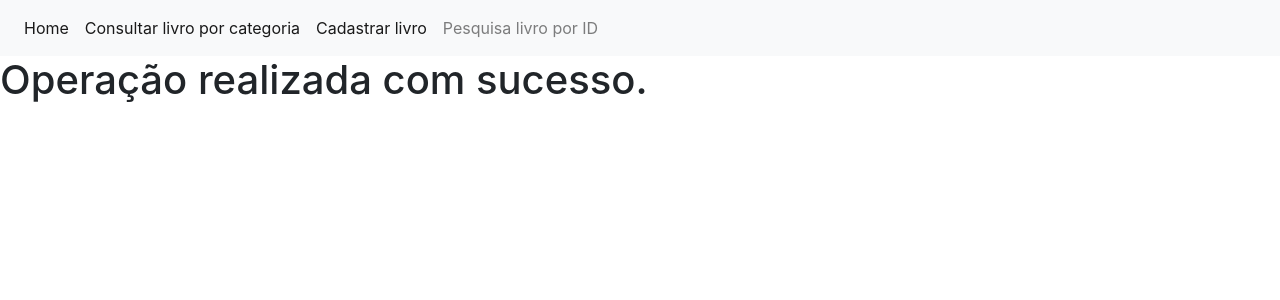
Repository: SrtaVerdant/projeto-livraria
Page: http://localhost/ProjetoLivraria/sucess.jsp
The author's editor kept a copy of each file at every save. The page is drawn from the files as they stood at one save, then again after the next save.
The browser window is 1280 px wide. The pictures show the whole page.
Some web libraries are served in a nearby version. The page is served by Tomcat 9.

Above is the page before, as saved 2022-10-30 14:54:24.

After the next save:
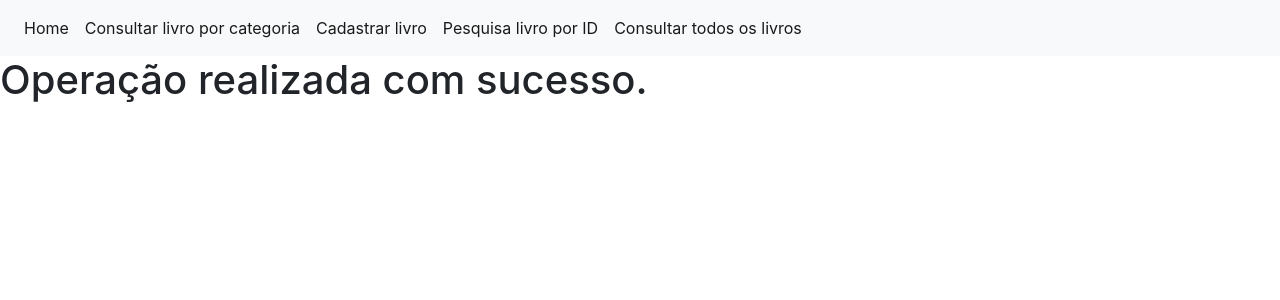
Saved 8 s later.
--- a/ProjetoLivraria/src/main/webapp/sucess.jsp
+++ b/ProjetoLivraria/src/main/webapp/sucess.jsp
@@ -23,22 +23,25 @@
 
 	<body>
 	<nav class="navbar navbar-expand-lg navbar-light bg-light">
-	  <div class="collapse navbar-collapse" id="navbarNav">
-	    <ul class="navbar-nav">
-	     <li class="nav-item active">
-	        <a class="nav-link" href="index.jsp">Home</a>
-	      </li>
-	   		<li class="nav-item active">
-	        <a class="nav-link" href="consultar.jsp">Consultar livro por categoria</a>
-	      </li>
-	      <li class="nav-item active">
-	        <a class="nav-link" href="adicionar.jsp">Cadastrar livro</a>
-	      </li>
-	      <li class="nav-item">
-	        <a class="nav-link" href="#">Pesquisa livro por ID</a>
-	      </li>
-	    </ul>
-	  </div>
+	  	<div class="collapse navbar-collapse" id="navbarNav">
+	    	<ul class="navbar-nav">
+		     	<li class="nav-item active">
+		        	<a class="nav-link" href="index.jsp">Home</a>
+		      	</li>
+		   		<li class="nav-item active">
+		        	<a class="nav-link" href="listaLivroPorCategoria.jsp">Consultar livro por categoria</a>
+		      	</li>
+		      	<li class="nav-item active">
+		        	<a class="nav-link" href="adicionar.jsp">Cadastrar livro</a>
+		      	</li>
+		      	<li class="nav-item active">
+		        	<a class="nav-link" href="pesquisaLivroPorId.jsp">Pesquisa livro por ID</a>
+		      	</li>
+		      	<li class="nav-item active">
+		        	<a class="nav-link" href="consultar.jsp">Consultar todos os livros</a>
+		      	</li>
+	    	</ul>
+	  	</div>
 	</nav>
 		<h1>Operação realizada com sucesso.</h1>
 	</body>
